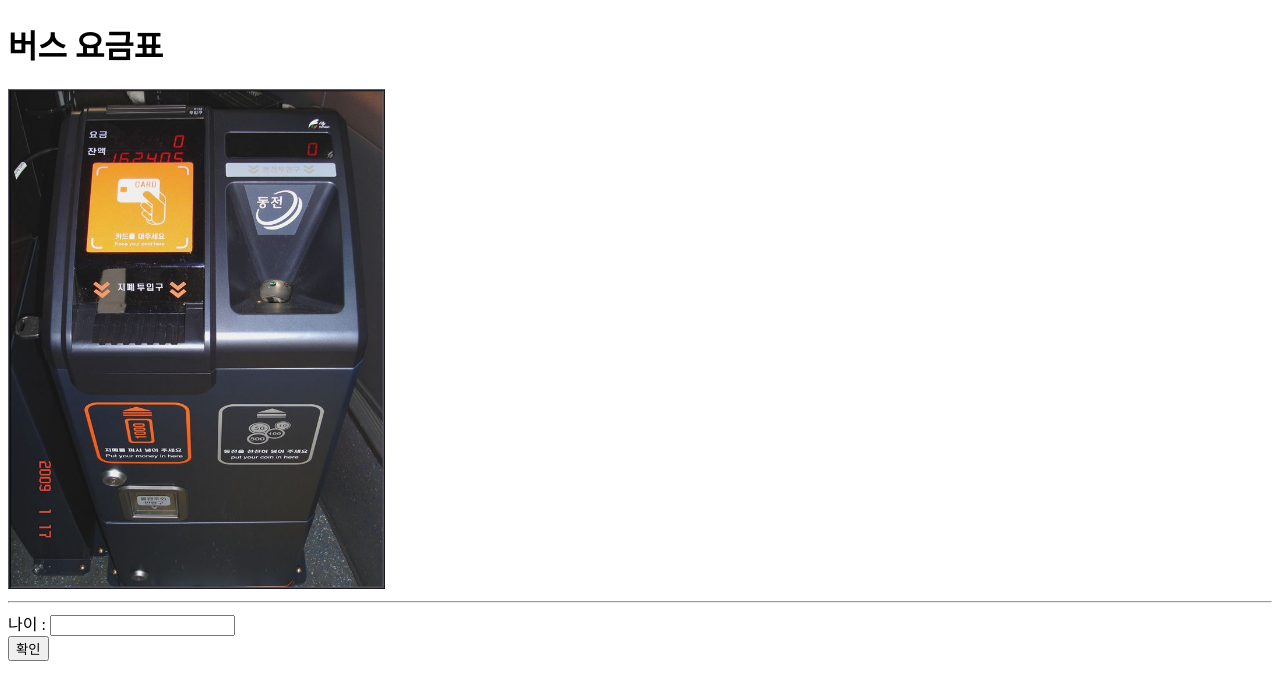
Repository: eun-chongzzz/jsp_practice
Page: http://localhost/JSPBasic/jspObject/4.objecttest/bus_form.jsp
An editor plug-in stored every save of this project. The page is shown before and after the next save, followed by the edit.
The browser window is 1280 px wide. The pictures show the whole page.
The page is served by Tomcat 9.

Above is the page before, as saved 2022-02-07 06:07:01.

### JSPBasic/src/main/webapp/jspObject/4.objecttest/bus_form.jsp
<%@ page language="java" contentType="text/html; charset=UTF-8"
    pageEncoding="UTF-8"%>
<!DOCTYPE html>
<html>
<head>
<meta charset="UTF-8">
<title>Insert title here</title>
</head>
<body>
	<h1>버스 요금표</h1>
	<img src="repository/요금기.jpg" whidth="700px" height="500px">
	<hr>
	<form action="bus_check.jsp" method="get">
		나이 : <input type="number" name="age"><br/>
		<input type="submit" value="확인"/><br/>
	</form>
</body>
</html>

After the next save:
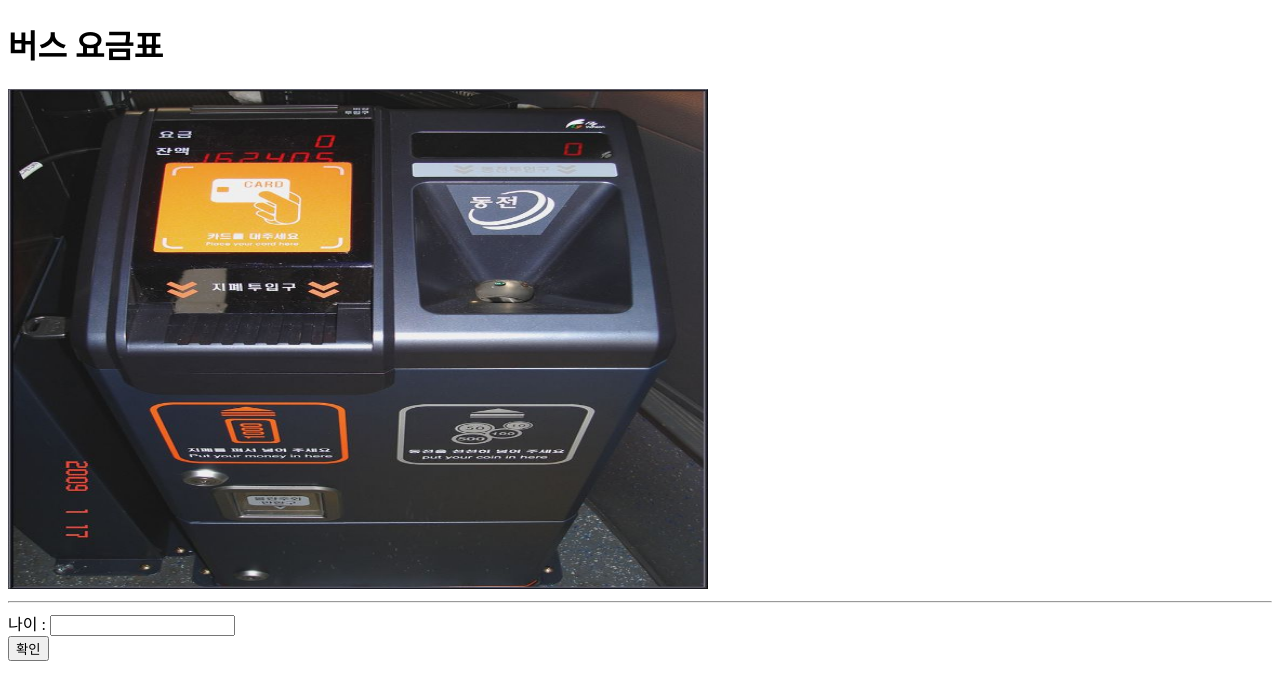
Saved 7 s later.
--- a/JSPBasic/src/main/webapp/jspObject/4.objecttest/bus_form.jsp
+++ b/JSPBasic/src/main/webapp/jspObject/4.objecttest/bus_form.jsp
@@ -8,7 +8,7 @@
 </head>
 <body>
 	<h1>버스 요금표</h1>
-	<img src="repository/요금기.jpg" whidth="700px" height="500px">
+	<img src="repository/요금기.jpg" width="700px" height="500px">
 	<hr>
 	<form action="bus_check.jsp" method="get">
 		나이 : <input type="number" name="age"><br/>
